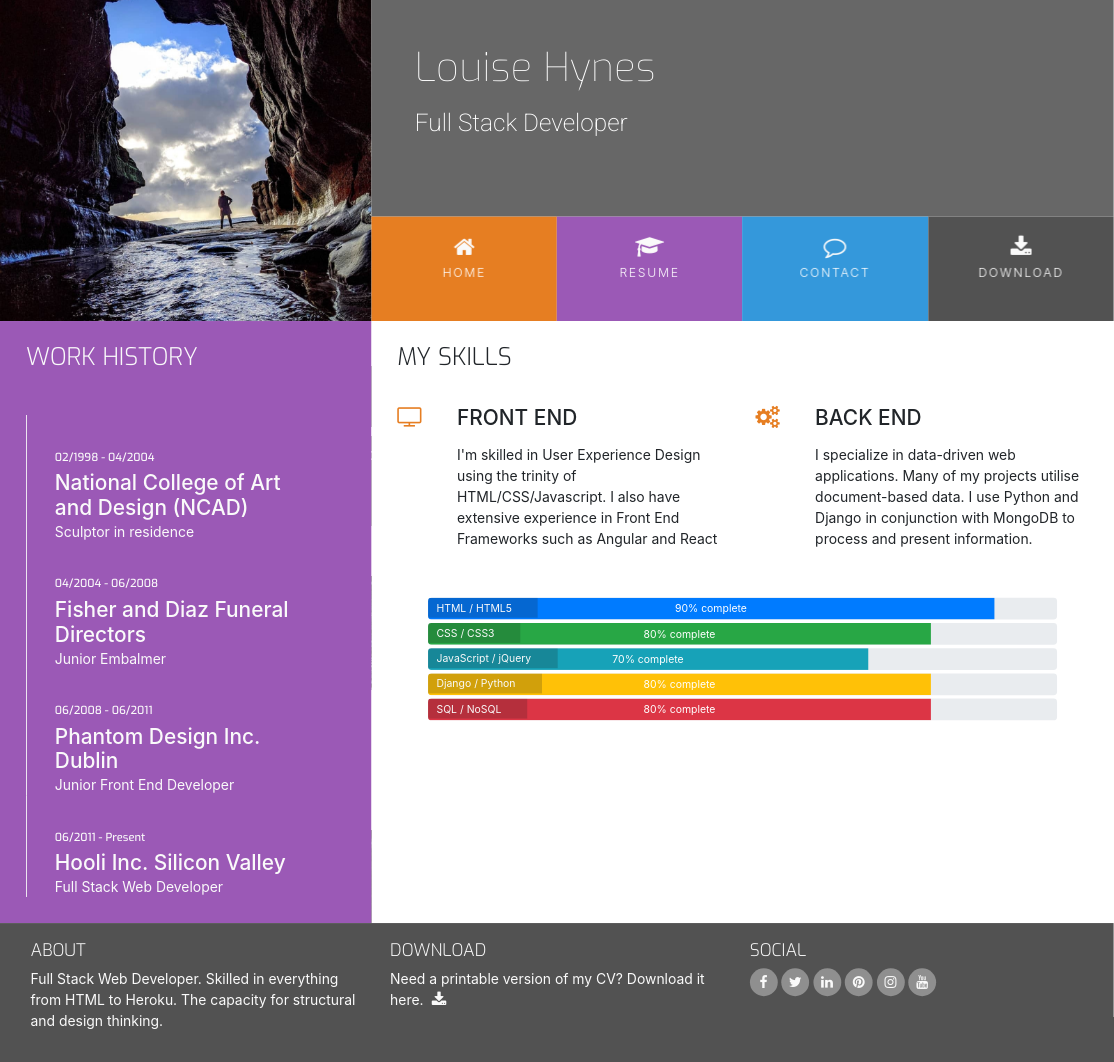
Repository: lhynes/Mini-Project-Resume
Page: resume.html
The author's editor kept a record of every edit. The page is drawn from the files as they stood at one moment, then again after the next edit.
The browser window is 1280 px wide. The pictures show the whole page, at 87% of full size.

Above is the page before.

### resume.html
<!DOCTYPE html>
<html lang="en">

<head>
    <meta charset="UTF-8">
    <meta name="viewport" content="width=device-width, initial-scale=1.0">
    <meta http-equiv="X-UA-Compatible" content="ie=edge">
    <!--access exrtenal links - bootstrap cdn - https://www.bootstrapcdn.com/-->
    <link rel="stylesheet" href="https://stackpath.bootstrapcdn.com/bootstrap/4.3.1/css/bootstrap.min.css" type="text/css" />
    <!--access exrtenal links - fontAwesome cdn - https://www.bootstrapcdn.com/-->
    <link rel="stylesheet" href="https://stackpath.bootstrapcdn.com/font-awesome/4.7.0/css/font-awesome.min.css" type="text/css" />
    <link rel="stylesheet" href="assets/css/style.css" type="text/css" />
    <link rel="stylesheet" href="https://cdnjs.cloudflare.com/ajax/libs/hover.css/2.3.1/css/hover-min.css" type="text/css" />
    <title>Louise</title>
</head>

<body>
    <header>
        <div class="row no-gutters">
            <a class="col-md-4 logo" href="index.html"></a>
            <div class="col-md-8">
                <div class="row no-gutters bg-color-name-title">
                    <div class="col heading">
                        <h1 class="name">Louise Hynes</h1>
                        <h2 class="title">Full Stack Developer</h2>
                    </div>
                </div>
                <div class="row no-gutters">
                    <div class="col">
                        <ul id="nav" class="list-inline menucontainer">
                            <li class="col-6 col-sm-3 ui-menu-color-home list-inline-item menuitem">
                                <a href="#" class="hvr-sweep-to-bottom"><i class="fa fa-home" aria-hidden="true"></i><span>Home</span></a>
                            </li>

                            <li class="col-6 col-sm-3 ui-menu-color-resume list-inline-item menuitem">
                                <a href="#" class="hvr-sweep-to-bottom"><i class="fa fa-graduation-cap" aria-hidden="true"></i><span>Resume</span></a>
                            </li>

                            <li class="col-6 col-sm-3 ui-menu-color-contact list-inline-item menuitem">
                                <a href="#" class="hvr-sweep-to-bottom"><i class="fa fa-comment-o" aria-hidden="true"></i><span>Contact</span></a>
                            </li>
                            <li class="col-6 col-sm-3 ui-menu-color-download list-inline-item menuitem">
                                <a href="#" class="hvr-sweep-to-bottom"><i class="fa fa-download" aria-hidden="true"></i><span>Download</span></a>
                            </li>
                        </ul>
                    </div>
                </div>

            </div>


    </header>
    <section class="container-fluid">
        <div class="row">
            <!--allow us to create a table structure so that our columns will remain the same height, regardless of content-->
            <!--he row-table class specifies the use of a table whereas section-column specifies the use of a table cell, which will give us evenly sized columns in terms of height.-->


            <div class="col-md-4 bg-color-work-history section-column">
                <div class="row">
                    <div class="col-12">
                        <h3 class="history-heading uppercase ">
                            Work History
                        </h3>
                    </div>
                </div>
                <div class="history-items">
                    <div class="timeline-item" data-dates="02/1998 - 04/2004">
                        <h4>National College of Art and Design (NCAD)</h4>
                        <p>Sculptor in residence</p>
                    </div>
                    <div class="timeline-item" data-dates="04/2004 - 06/2008">
                        <h4>Fisher and Diaz Funeral Directors</h4>
                        <p>Junior Embalmer</p>
                    </div>
                    <div class="timeline-item" data-dates="06/2008 - 06/2011">
                        <h4>Phantom Design Inc. Dublin</h4>
                        <p>Junior Front End Developer</p>
                    </div>
                    <div class="timeline-item" data-dates="06/2011 - Present">
                        <h4>Hooli Inc. Silicon Valley</h4>
                        <p>Full Stack Web Developer</p>
                    </div>
                </div>
            </div>
            <div class="col-md-8 bg-color-three-reasons section-column">
                <div class="row">
                    <div class="col">
                        <!-- will take up the space available-->
                        <h3 class="section-heading uppercase">My Skills</h3>
                    </div>
                </div>
                <div class="row">
                    <div class="col-10 offset-1 offset-sm-0 col-sm-4 col-md-6">
                        <!-- mobile view first 10 cols wide offset 1-->
                        <div class="row">
                            <div class="col-2">
                                <i class="three-reasons-icon fa fa-tv" aria-hidden="true"></i>
                            </div>
                            <div class="col-10">
                                <h4 class="three-reasons-heading uppercase">Front End</h4>
                                <p>
                                    I'm skilled in User Experience Design using the trinity of HTML/CSS/Javascript. I also have extensive experience in Front End Frameworks such as Angular and React
                                </p>
                            </div>
                        </div>
                    </div>
                    <div class="col-10 offset-1 offset-sm-0 col-sm-4 col-md-6">
                        <div class="row">
                            <div class="col-2">
                                <i class="three-reasons-icon fa fa-gears" aria-hidden="true"></i>
                            </div>
                            <div class="col-10">
                                <h4 class="three-reasons-heading uppercase">Back End</h4>
                                <p>
                                    I specialize in data-driven web applications. Many of my projects utilise document-based data. I use Python and Django in conjunction with MongoDB to process and present information. </p>
                            </div>
                        </div>
                    </div>
                </div>
                <div class="row progress-section">
                    <div class="col">
                        <div class="progress">
                            <!-- wrapper for progress bar-->
                            <div class="progress-bar" role="progressbar" aria-valuenow="90" aria-valuemin="0" aria-valuemax="100" style="width:90%;">
                                <span class="re-only">90% complete</span>
                            </div>
                            <span class="progress-type">HTML / HTML5</span>

                        </div>
                        <div class="progress">
                            <!-- wrapper for progress bar-->
                            <div class="progress-bar bg-success" role="progressbar" aria-valuenow="80" aria-valuemin="0" aria-valuemax="100" style="width:80%;">
                                <span class="re-only">80% complete</span>
                            </div>
                            <span class="progress-type">CSS / CSS3</span>

                        </div>
                        <div class="progress">
                            <!-- wrapper for progress bar-->
                            <div class="progress-bar bg-info" role="progressbar" aria-valuenow="70" aria-valuemin="0" aria-valuemax="100" style="width:70%;">
                                <span class="re-only">70% complete</span>
                            </div>
                            <span class="progress-type">JavaScript / jQuery</span>
                        </div>
                        <div class="progress">
                            <!-- wrapper for progress bar-->
                            <div class="progress-bar bg-warning" role="progressbar" aria-valuenow="80" aria-valuemin="0" aria-valuemax="100" style="width:80%;">
                                <span class="re-only">80% complete</span>
                            </div>
                            <span class="progress-type">Django / Python</span>
                        </div>
                        <div class="progress">
                            <!-- wrapper for progress bar-->
                            <div class="progress-bar bg-danger" role="progressbar" aria-valuenow="80" aria-valuemin="0" aria-valuemax="100" style="width:80%;">
                                <span class="re-only">80% complete</span>
                            </div>
                            <span class="progress-type">SQL / NoSQL</span>

                        </div>
                    </div>
                </div>
            </div>
        </div>

    </section>
    <footer class="container-fluid">
        <!--full width flexible container-->
        <div id="footer-details" class="row">
            <div class="col-sm-4">
                <h5 class="uppercase general-sub">About</h5>
                <p class="inline-block">
                    Full Stack Web Developer. Skilled in everything from HTML to Heroku. The capacity for structural and design thinking.


                </p>
            </div>
            <div class="col-sm-4">
                <h5 class="uppercase general-sub">Download</h5>
                <p class="inline-block">
                    Need a printable version of my CV? Download it here.
                    <a href="#" target="_blank" class="cv-pdf">
                        <!-- _blank used to open in a new tab-->
                        <i class="fa fa-download" aria-hidden="true"></i>
                        <span class="sr-only">Download link.</span>
                    </a>
                </p>
            </div>
            <div class="col-sm-4">
                <h5 class="uppercase general-sub">Social</h5>
                <ul class="list-inline social-links">
                    <li class="list-inline-item">
                        <!-- every list-inline in boostrap needs a list-inline item-->
                        <a target="_blank" href="#">
                            <i class="fa fa-facebook" aria-hidden="true"></i>
                            <span class="sr-only">Facebook</span>
                        </a>
                    </li>
                    <li class="list-inline-item">
                        <a target="_blank" href="#">
                            <i class="fa fa-twitter" aria-hidden="true"></i>
                            <span class="sr-only">Twitter</span>
                        </a>
                    </li>
                    <li class="list-inline-item">
                        <a target="_blank" href="#">
                            <i class="fa fa-linkedin" aria-hidden="true"></i>
                            <span class="sr-only">LinkedIn</span>
                        </a>
                    </li>
                    <li class="list-inline-item">
                        <a target="_blank" href="#">
                            <i class="fa fa-pinterest" aria-hidden="true"></i>
                            <span class="sr-only">Pinterest</span>
                        </a>
                    </li>
                    <li class="list-inline-item">
                        <a target="_blank" href="#">
                            <i class="fa fa-instagram" aria-hidden="true"></i>
                            <span class="sr-only">Instagram</span>
                        </a>
                    </li>
                    <li class="list-inline-item">
                        <a target="_blank" href="#">
                            <i class="fa fa-youtube" aria-hidden="true"></i>
                            <span class="sr-only">YouTube</span>
                        </a>
                    </li>
                </ul>
            </div>

        </div>

    </footer>
</body>

</html>

### assets/css/style.css
@import url('https://fonts.googleapis.com/css?family=Roboto:100,200,300,400,500,600,700|Exo:100,200,300,400,500,600,700');

/*-----------------------------------Colours */

.bg-color-name-title {
    background-color: #676767;
    color: #ffffff;
}

.bg-color-three-reasons {
    background-color: #fff;

}

.bg-color-personal-info {
    background-color: #f4f4f4;
}

.bg-color-work-history {
    background-color: #9b59b6
}

.ui-menu-color-home {
    background-color: #e67e22
}

.ui-menu-color-resume {
    background-color: #9b59b6
}

.ui-menu-color-contact {
    background-color: #3498db
}

.ui-menu-color-download {
    background-color: #525252
}



/*-----------------------------------Special paddings/margins/text - General CSS area used more than once through out the site */

.uppercase {
    text-transform: uppercase;
}

.general-sub {
    font-family: "Exo", sans-serif;
    font-weight: 300;
    color: #fafafa;

}

h1,
h2,
h3,
h4 {
    margin: 0;
}

.inline-block {
    display: inline-block;

}

.row-table {
    display: table;

}

.section-column {
    display: table-cell;
    padding: 0 30px 30px;
    float: none;
}

.history-heading,
.section-heading {
    font-family: "Exo", sans-serif;
    font-weight: 300;
    margin-top: 25px;
    margin-bottom: 40px;
}


/*-----------------------------------Heading */

header {
    margin: 0;
}

.heading {
    margin-left: 50px;
}

.logo {
    background: url("../images/louise.jpg");
    background-position: center;
    background-repeat: no-repeat;
    background-size: cover;
    min-height: 360px;
    transition: all .5s ease-in-out;
    -moz-transition: all .5s ease-in-out;
    -webkit-transition: all .5s ease-in-out;
}

.name {
    font-family: "Exo", sans-seriif;
    font-weight: 100;
    font-size: 46px;
    margin-top: 50px;
    color: #ffffff;
}

.title {
    font-family: "Roboto", sans-seriif;
    font-weight: 200;
    font-size: 28px;
    margin-top: 20px;
    margin-bottom: 90px;
    color: #ffffff;
}

.list-inline-item:not(:last-child) {
    margin: 0;
}

.menucontainer {
    font-size: 0;
}


#nav {
    margin: 0;
}

#nav li {
    font-size: 14px;
    padding: 0;
}

.menuitem {
    height: 120px;
    /*profile image is 360 in total*/
    text-align: center;
    padding: 0;
}

.menuitem a {
    width: 100%;
    color: #ffffff;
    text-decoration: none;
    height: 120px;
}

.menuitem a i {
    padding-top: 22px;
    display: block;
    color: #fafafa;
    font-size: 26px;
}

.menuitem span {
    display: block;
    width: 100%;
    padding-top: 5px;
    text-align: center;
    text-transform: uppercase;
    font-size: 14px;
    font-weight: 300;
    letter-spacing: 2px;
}




/*-----------------------------------Hover.css */

/*background color is set in the before*/

.hvr-sweep-to-bottom:before {
    background: rgba(0, 0, 0, 0.2) !important;
    height: 120px;
}


/*-----------------------------------Footer styles */

footer {
    background-color: #525252;
    color: #fafafa;
    min-height: 120px;
    margin: 0;
}


.cv-pdf i {
    font-size: 18px;
    color: #fafafa;
    text-align: center;
    padding-left: 5px;
    transition: all 0.35s ease-in-out;
    /* put in parent element*/
    -moz-transition: all 0.35s ease-in-out;
    -webkit-transition: all 0.35s ease-in-out;
    -o-transition: all 0.35s ease-in-out;
}

.cv-pdf i:hover {
    color: #e84610;
}


.social-links {
    padding-bottom: 15px;
}

.social-links li a i {
    width: 32px;
    height: 32px;
    padding: 12px 0;
    border-radius: 50%;
    line-height: 7px;
    text-align: center;
    color: #fafafa;
    background: #8f8f8f;
    -moz-transition: all 0.35s ease-in-out;
    -webkit-transition: all 0.35s ease-in-out;
    -o-transition: all 0.35s ease-in-out;
}

.social-links li a i:hover {
    background-color: #e84610;
}

#footer-details {
    padding: 20px;
}


/*-----------------------------------Three Resons Css */

.three-reasons-icon {
    font-size: 26px;
    color: #e67e22;
}

.three-reasons-heading {
    margin-bottom: 15px;
}


/*-----------------------------------Presonal Info*/

.personal-info-item {
    margin-bottom: 20px;
    display: block;
    clear: both;
}

/*style keys, values, paragraphs*/

.personal-info-item .key,
.personal-info-item .value {
    padding-right: 8px;
    display: inline-block;

}

.personal-info-item .key p,
.personal-info-item .value p {
    margin: 0;
}

.personal-info-item .key {
    width: 30%;
    margin-right: 21px;
    padding-top: 2px;
    vertical-align: top;
}


.personal-info-item .key p {
    font-weight: 700;
}

.personal-info-item .value {
    position: relative;
    /*relative to predacessor*/
    width: 60%;
}

/*-----------------------------------Skills*/

.progress {
    position: relative;
    height: 25px;
    margin-bottom: 4px;
}

.progress-type {
    /* represents the the texrt label on the bar */
    position: absolute;
    left: 0px;
    font-weight: 400;
    padding: 3px 30px 2px 10px;
    color: #fafafa;
    background-color: rgba(25, 25, 25, 0.2)
}

.progress-section {
    margin: 40px 20px;

}


/*-----------------------------------Work History*/

.history-heading {
    color: #fafafa;
    margin-bottom: 50px;
}

.timeline-item {
    padding: 4em 2em 0em 2em;
    position: relative;
    color: #fafafa;
    border-left: 1px solid;
}

.timeline-item p {
    margin: 0;
    padding: 0;
}

.timeline-item:before {
    content: attr(data-dates);
    /*can only use contene tieh the beforer or after pseudo elements*/
    position: absolute;
    left: 2.5em;
    top: 3em;
    display: block;
    font-family: "Exo", sans-seriif;
    font-weight: 500;
    font-size: 0.8em;
    padding: 0;
    margin: 0;

}

.timeline-item:after {
    width: 12px;
    height:12px;
    display:block;
    top: 2.4em;
    border-radius: 12px;


}

After the next edit:
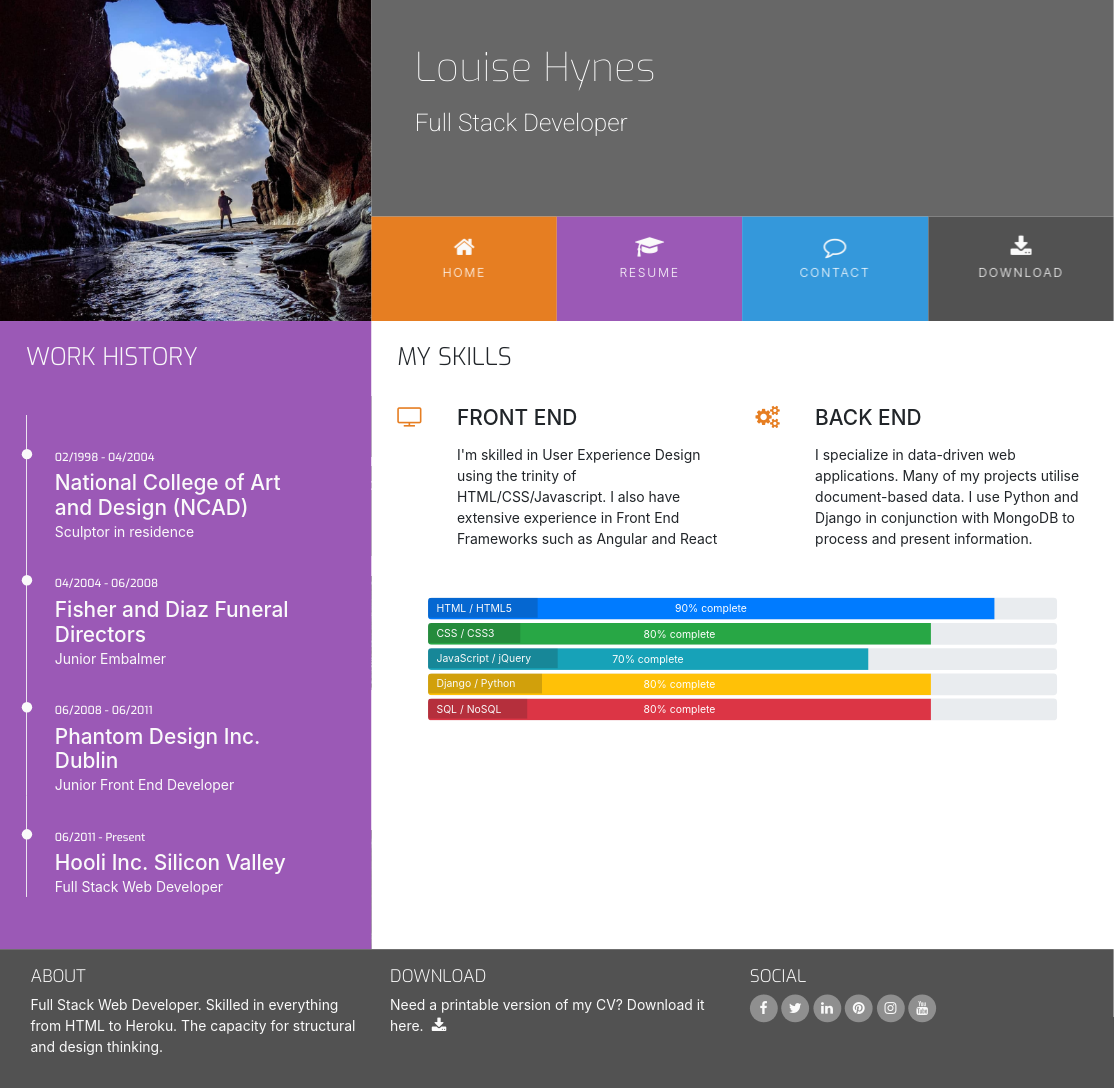
The edit:
--- a/assets/css/style.css
+++ b/assets/css/style.css
@@ -350,10 +350,17 @@
 
 .timeline-item:after {
     width: 12px;
-    height:12px;
-    display:block;
+    height: 12px;
+    display: block;
     top: 2.4em;
+    position: absolute;
+    left: -6px;
     border-radius: 12px;
-
-
-}
+    content:'';
+    background:#fafafa
+
+}
+
+.history-items{
+    margin-bottom:30px;
+}
